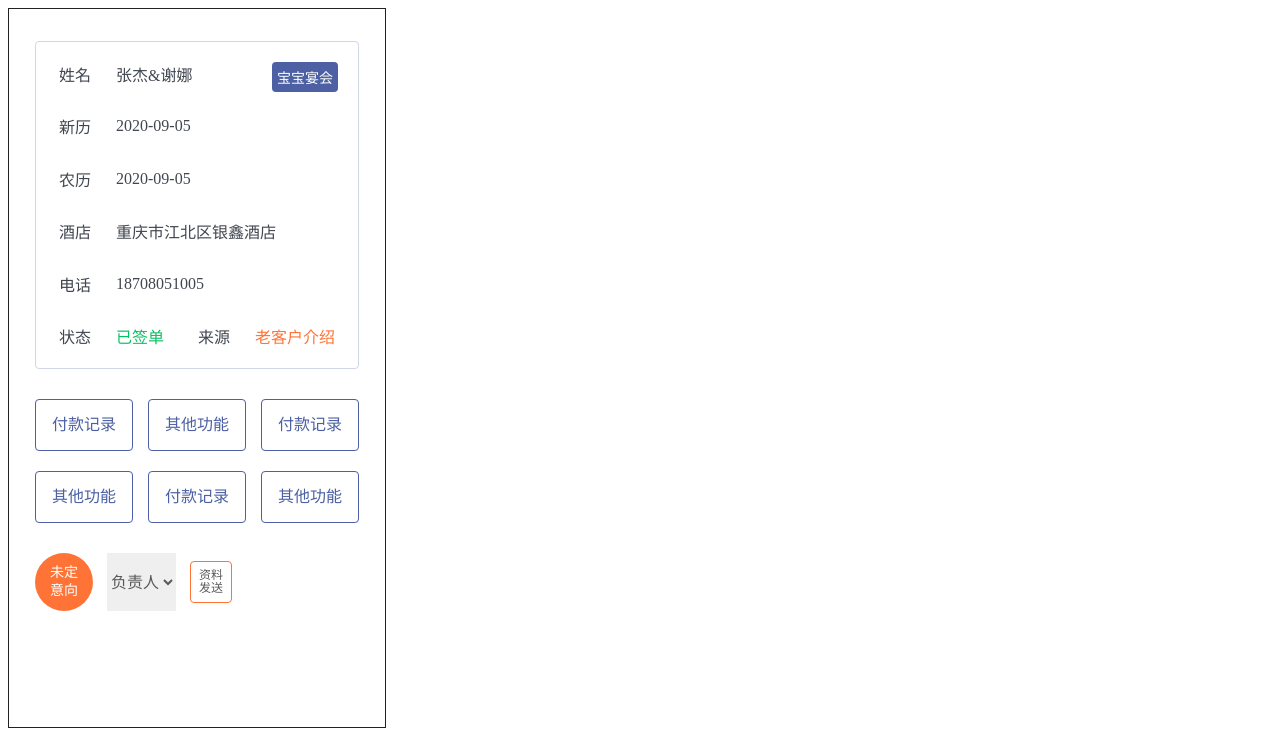
Repository: Lairuola/wedding-1
Page: index.html
An editor plug-in stored every save of this project. The page is shown before and after the next save, followed by the edit.
The browser window is 1280 px wide. The pictures show the whole page.

Above is the page before, as saved 2020-12-17 14:23:07.

### index.html
<!--
 * @Author       : 濑若拉
 * @Date         : 2020-12-17 10:22:14
 * @LastEditors  : 濑若拉
 * @LastEditTime : 2020-12-17 14:23:07
 * @FilePath     : /slidebar/index.html
-->


<!DOCTYPE html>
<html lang="en">

<head>
  <meta charset="UTF-8">
  <meta name="viewport" content="width=device-width, initial-scale=1.0">
  <title>Document</title>
  <style>
    .slide-left {
      width: 378px;
      height: 100vh;
      box-sizing: border-box;
      padding: 32px 26px;
      overflow-y: auto;
      display: flex;
      flex-direction: column;
      align-items: center;
      border: 1px solid #222;
    }

    .info {
      width: 100%;
      height: 328px;
      display: flex;
      flex-direction: column;
      justify-content: space-between;
      padding: 20px 23px;
      position: relative;
      box-sizing: border-box;
      border-radius: 4px;
      border: solid 1px #d1d6e7;
    }

    .info .row {
      width: 100%;
      display: flex;
      font-size: 16px;
      color: #414750;
      flex-direction: row;
      align-items: center;
    }

    .info .row .label,
    .info .end-row .item .label {
      margin-right: 25px;
    }

    .info .end-row {
      width: 100%;
      display: flex;
      flex-direction: row;
      align-items: center;
      justify-content: space-between;
      font-size: 16px;
      color: #414750;
    }

    .info .end-row .item {
      display: flex;
      flex-direction: row;
      align-items: center;
      font-size: 16px;
      color: #414750;
    }

    .info .info-tag {
      padding: 5px;
      background-color: #4c60a3;
      border-radius: 4px;
      font-size: 14px;
      color: #fff;
      position: absolute;
      top: 20px;
      right: 20px;
    }

    .btn-area {
      width: 100%;
      display: flex;
      flex-direction: row;
      align-items: center;
      justify-content: space-between;
      flex-wrap: wrap;
      margin-top: 10px;
      margin-bottom: 30px;
    }

    .btn-area .btn {
      width: 96px;
      height: 50px;
      background-color: #ffffff;
      border-radius: 4px;
      border: solid 1px #4c60a3;
      font-size: 16px;
      color: #4c60a3;
      text-align: center;
      line-height: 50px;
      margin-top: 20px;
    }

    .bot-area {
      width: 100%;
      display: flex;
      flex-direction: column;
    }

    .bot-area .item {
      width: 100%;
      display: flex;
      flex-direction: row;
    }

    .bot-area .item .circle {
      width: 58px;
      height: 58px;
      color: #fff;
      border-radius: 100%;
      display: flex;
      align-items: center;
      justify-content: center;
    }

    .bot-area .item .circle .text {
      width: 28px;
      height: 36px;
      font-size: 14px;
      line-height: 18px;
    }

    .bot-area .item .bot-select {
      border: none;
      outline: none;
      margin: 0 14px;
      color: #595959;
      font-size: 16px;
    }

    .bot-area .item .btn-row {
      flex: 1;
      display: flex;
      flex-direction: row;
      flex-wrap: wrap;
    }

    .bot-area .item .btn-row .btn {
      width: 40px;
      height: 40px;
      border-radius: 4px;
      margin-right: 8px;
      border: 1px solid;
      display: flex;
      align-items: center;
      justify-content: center;
      margin-top: 8px;
      color: #595959;
    }

    .bot-area .item .btn-row .btn .word {
      width: 24px;
      height: 26px;
      font-size: 12px;
      line-height: 13px;
      letter-spacing: 0px;
    }

    .bot-area .item .btn-row .btn.orange {
      border-color: #ff7336;
    }

    .bot-area .item .btn-row .btn.orange:hover {
      background-color: #ff7336;
      color: #fff;
    }

    .color-green {
      color: #07c160
    }

    .color-orange {
      color: #ff7336;
    }

    .bg-color-red {
      background-color: #ff7336;
    }
  </style>
</head>

<body>
  <div class="slide-left">
    <!-- 资料 -->
    <div class="info">
      <div class="row">
        <div class="label">姓名</div>
        <div class="content">张杰&谢娜</div>
      </div>
      <div class="row">
        <div class="label">新历</div>
        <div class="content">2020-09-05</div>
      </div>
      <div class="row">
        <div class="label">农历</div>
        <div class="content">2020-09-05</div>
      </div>
      <div class="row">
        <div class="label">酒店</div>
        <div class="content">重庆市江北区银鑫酒店</div>
      </div>
      <div class="row">
        <div class="label">电话</div>
        <div class="content">18708051005</div>
      </div>
      <div class="end-row">
        <div class="item">
          <div class="label">状态</div>
          <div class="content color-green">已签单</div>
        </div>
        <div class="item">
          <div class="label">来源</div>
          <div class="content color-orange">老客户介绍</div>
        </div>
      </div>
      <!-- tag -->
      <div class="info-tag">宝宝宴会</div>
    </div>
    <!-- btn-area -->
    <div class="btn-area">
      <div class="btn">付款记录</div>
      <div class="btn">其他功能</div>
      <div class="btn">付款记录</div>
      <div class="btn">其他功能</div>
      <div class="btn">付款记录</div>
      <div class="btn">其他功能</div>
    </div>
    <!-- bot-area -->
    <div class="bot-area">
      <div class="item">
        <div class="circle bg-color-red">
          <div class="text">未定意向</div>
        </div>
        <select class='bot-select' name="" id="">
          <option value="">负责人</option>
        </select>
        <div class="btn-row">
          <div class="btn orange">
            <div class="word">资料发送</div>
          </div>
        </div>
      </div>
    </div>
  </div>
</body>







</html>

After the next save:
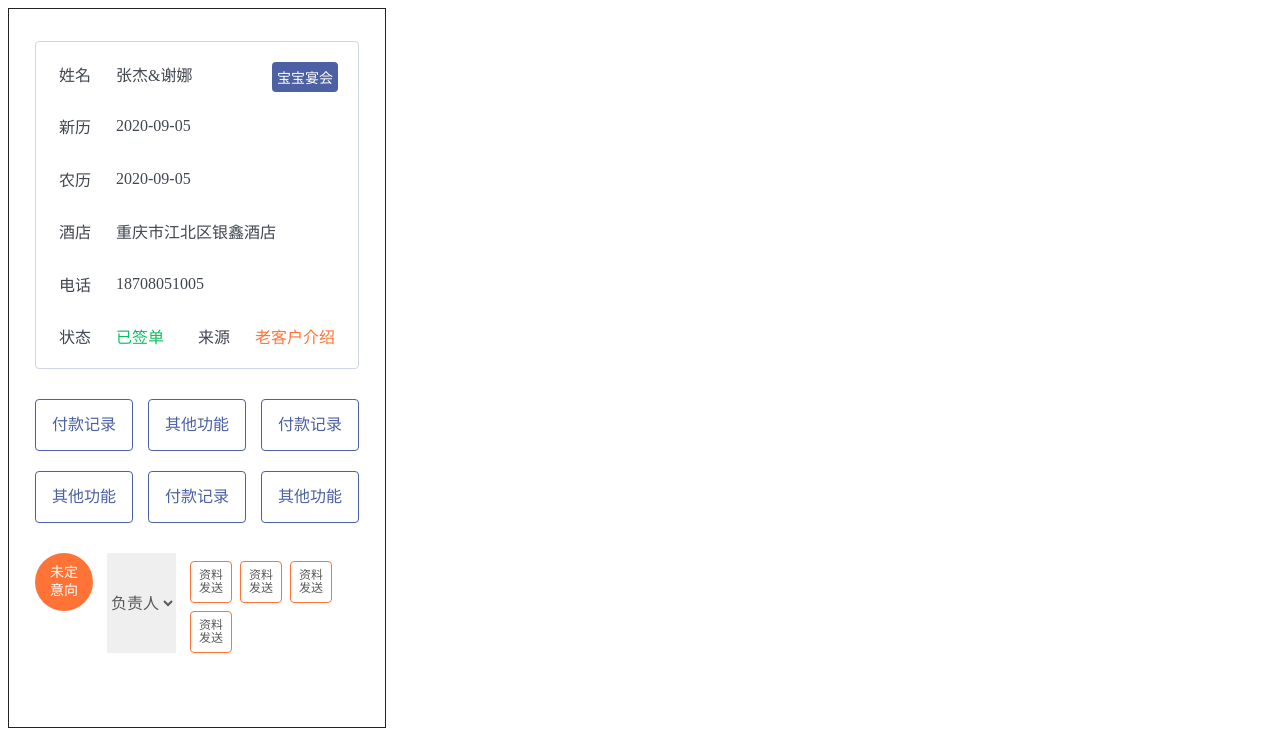
Saved 8 s later.
--- a/index.html
+++ b/index.html
@@ -2,7 +2,7 @@
  * @Author       : 濑若拉
  * @Date         : 2020-12-17 10:22:14
  * @LastEditors  : 濑若拉
- * @LastEditTime : 2020-12-17 14:23:07
+ * @LastEditTime : 2020-12-17 14:23:15
  * @FilePath     : /slidebar/index.html
 -->
 
@@ -254,6 +254,15 @@
           <div class="btn orange">
             <div class="word">资料发送</div>
           </div>
+          <div class="btn orange">
+            <div class="word">资料发送</div>
+          </div>
+          <div class="btn orange">
+            <div class="word">资料发送</div>
+          </div>
+          <div class="btn orange">
+            <div class="word">资料发送</div>
+          </div>
         </div>
       </div>
     </div>
